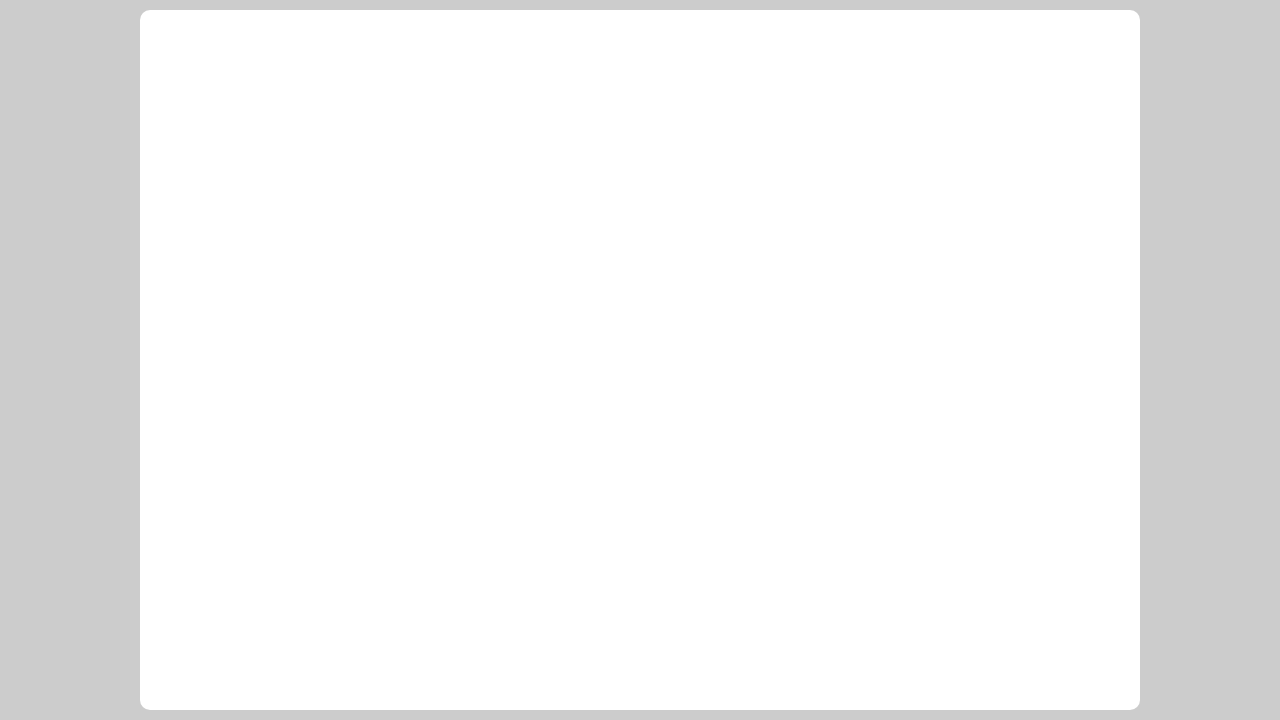
Repository: doducthuan/ReactJS-Movie
Page: /
An editor plug-in stored every save of this project. The page is shown before and after the next save, followed by the edit.
The browser window is 1280 px wide. The pictures show the whole page.
The project was rebuilt for these pictures with package versions that can differ from the ones it lists, and the page was loaded fresh each time. Also part of the build but not shown: src/App.css.

Above is the page before, as saved 2024-01-13 05:37:18.

After the next save:
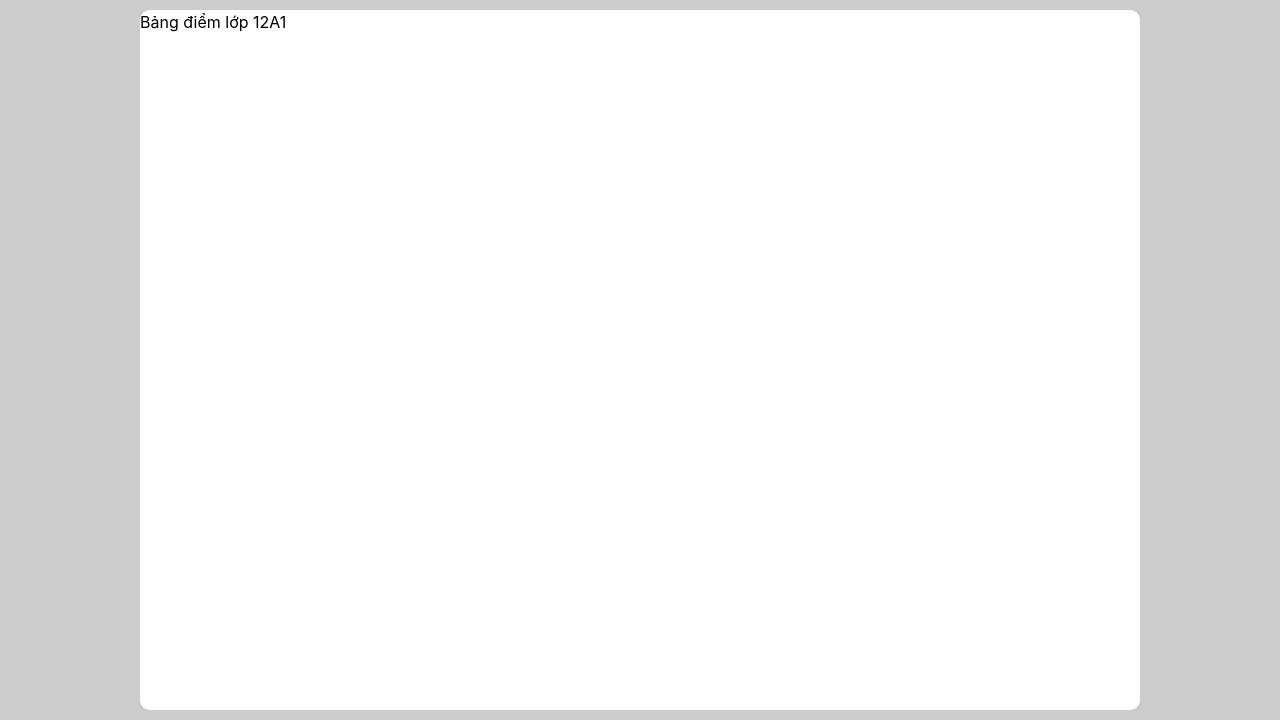
Saved 72 s later.
--- a/src/components/students/Students.js
+++ b/src/components/students/Students.js
@@ -4,7 +4,7 @@ const Students = () => {
     return (
         <div className="full-view">
             <div className="border-data">
-
+                <h3>Bảng điểm lớp 12A1</h3>
             </div>
         </div>
     );
